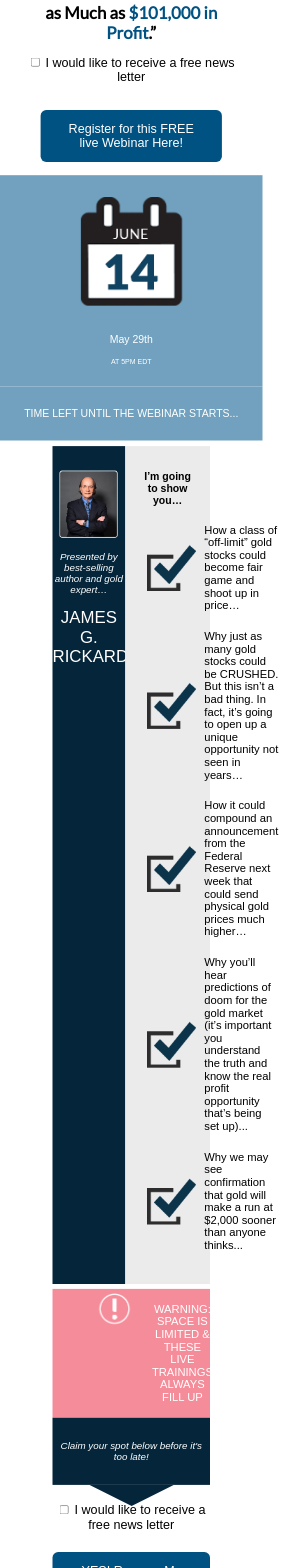
Repository: KrystellBarraza/Test
Page: index.html
An editor plug-in stored every save of this project. The page is shown before and after the next save, followed by the edit.
The browser window is 375 px wide. The page is 409 px wide, so the pictures cover 409 px, including what lies to the right of the window. The pictures show the part of the page from y = 436 to 2676 px (the page is 2763 px tall before and 2767 px after), at 70% of full size.

Above is the page before, as saved 2019-10-07 10:52:46.

After the next save:
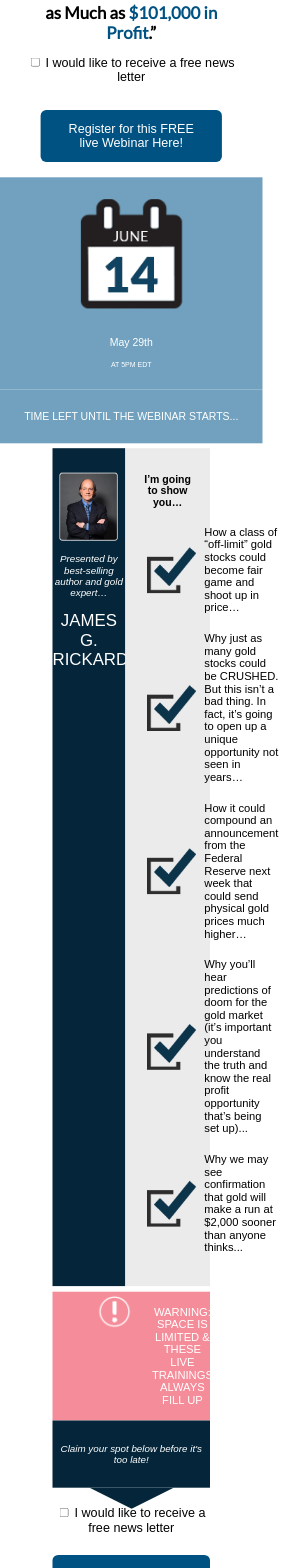
Saved 10 s later.
--- a/style.css
+++ b/style.css
@@ -158,7 +158,7 @@
         grid-column-gap: 20px;
         padding-left: 0%;
         padding-right: 0%;
-        padding-top: 5%;
+        padding-top: 6%;
         grid-template-areas:
         "l l l l l l l l l l l l"
         "l l l l l l l l l l l l"
